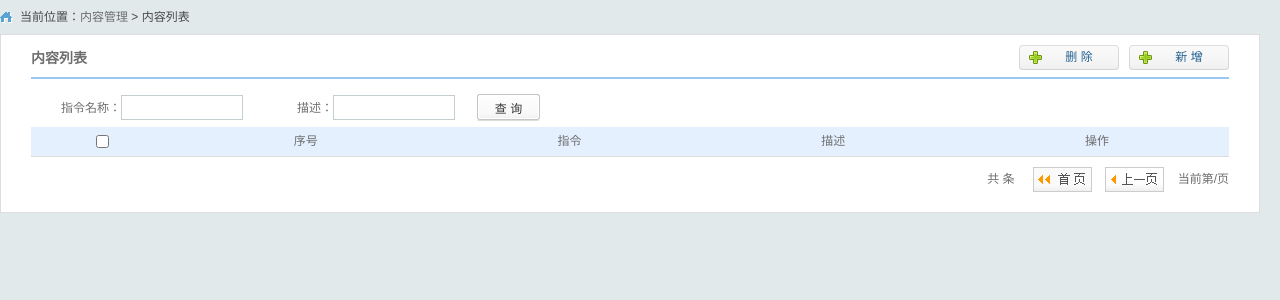
Repository: jionjion/JAVA_WorkSpace
Page: http://localhost/Mybatis/WEB-INF/jsp/back/list.jsp
An editor plug-in stored every save of this project. The page is shown before and after the next save, followed by the edit.
The browser window is 1280 px wide. The pictures show the whole page.
Some web libraries are served in a nearby version. The page is served by Tomcat 9. Nobody is signed in. Other server files are loaded and not shown. The template is opened directly, without the code that normally fills it, so the values that code supplies are empty.

Above is the page before, as saved 2017-07-23 09:53:52.

### Mybatis/WebContent/WEB-INF/jsp/back/list.jsp
<%@ page language="java" contentType="text/html; charset=UTF-8"
    pageEncoding="UTF-8"%>
<%@ taglib prefix="c"  uri="http://java.sun.com/jsp/jstl/core" %>
<%
	String path = request.getContextPath();
	String basePath = request.getScheme()+"://"+request.getServerName()+":"+request.getServerPort()+path+"/";
%>
<!DOCTYPE html PUBLIC "-//W3C//DTD XHTML 1.0 Transitional//EN" "http://www.w3.org/TR/xhtml1/DTD/xhtml1-transitional.dtd">
<html xmlns="http://www.w3.org/1999/xhtml">
	<head>
		<meta http-equiv="Content-Type" content="text/html; charset=UTF-8" />
		<meta http-equiv="X-UA-Compatible"content="IE=9; IE=8; IE=7; IE=EDGE" />
		<title>内容列表页面</title>
		<script src="http://libs.baidu.com/jquery/2.0.0/jquery.min.js"></script>
		<link href="<%= basePath %>/resources/css/all.css" rel="stylesheet" type="text/css" />
		<script src="<%= basePath %>/resources/js/back/list.js"></script>
	</head>
	<body style="background: #e1e9eb;">
		<form action="${basePath }listServlet" id="mainForm" method="post">
			<div class="right">
				<div class="current">当前位置：<a href="javascript:void(0)" style="color:#6E6E6E;">内容管理</a> &gt; 内容列表</div>
				<div class="rightCont">
					<p class="g_title fix">内容列表 <a class="btn03" href="#">新 增</a>&nbsp;&nbsp;&nbsp;&nbsp;<a class="btn03" href="javascript:deleteBatchMessage('<%=basePath %>')">删 除</a></p>
					<table class="tab1">
						<tbody>
							<tr>
								<td width="90" align="right">指令名称：</td>
								<td>
									<input type="text" class="allInput" name="command"/>
								</td>
								<td width="90" align="right">描述：</td>
								<td>
									<input type="text" class="allInput" name="description"/>
								</td>
	                            <td width="85" align="right"><input type="submit" class="tabSub" value="查 询" /></td>
	       					</tr>
						</tbody>
					</table>
					<div class="zixun fix">
						<table class="tab2" width="100%">
							<tbody>
								<tr>
								    <th><input type="checkbox" id="all"/></th>
								    <th>序号</th>
								    <th>指令</th>
								    <th>描述</th>
								    <th>操作</th>
								</tr>
								<c:forEach items="${messagesList }" var="message" varStatus="status">
									<tr <c:if test="${status.index %2 != 0}">style="background-color:#ECF6EE;"</c:if>>
									    <td><input type="checkbox" name="id" value="${message.id }" /></td>
									    <td>${status.index + 1}</td>
									    <td>${message.command }</td>
									    <td>${message.description }</td>
									    <td>
									    	<a href="">修改</a>&nbsp;&nbsp;&nbsp;
											<a href="${basePath}deleteOneMessageServlet?id=${message.id }">删除</a>
										</td>
									</tr>
								</c:forEach>
							</tbody>
						</table>
						<!-- 隐藏当前页 -->
						<input type="hidden" id="currentPage" name="currentPage" value="${currentPage}"/>
						<div class='page fix'>
							共 <b>${page.totalNumber}</b> 条
							<c:if test="${page.currentPage != 1}">	<!-- 不是第一页,则显示首页和上一页 -->
								<a href="Javascript:changeCurrentPage('1')" class='first'>首页</a>
								<a href="Javascript:changeCurrentPage(${page.currentPage-1})" class='pre'>上一页</a>
							</c:if>
								当前第<span>${page.currentPage}/${page.totalPage}</span>页
							<c:if test="${page.currentPage != page.totalPage}">
								<a href="Javascript:changeCurrentPage(${page.currentPage+1})" class='next'>下一页</a>
								<a href="Javascript:changeCurrentPage(${page.totalPage})" class='last'>末页</a>
								跳至&nbsp;<input id='currentPageText' type='text'  class='allInput w28' />&nbsp;页&nbsp;
								<a href="Javascript:changeCurrentPage($('#currentPageText').val())" class='go'>GO</a>
							</c:if>
						</div>
					</div>
				</div>
			</div>
	    </form>
	</body>
	<script>
		function deleteBatchMessage(basePath){
			$('#mainForm').attr('action',basePath+'deleteBatchMessageServlet')
			$('#mainForm').submit();
		}
	</script>
</html>

### Mybatis/WebContent/resources/js/back/list.js
/**
 * 调用后台批量删除方法
 */
function deleteBatch(basePath) {
	$("#mainForm").attr("action",basePath + "DeleteBatchServlet.action");
	$("#mainForm").submit();
}

/**
 * 修改当前页码，调用后台重新查询
 */
function changeCurrentPage(currentPage) {
	$("#currentPage").val(currentPage);
	$("#mainForm").submit();
}

Loaded but not shown: Mybatis/WebContent/resources/css/all.css (library)

After the next save:
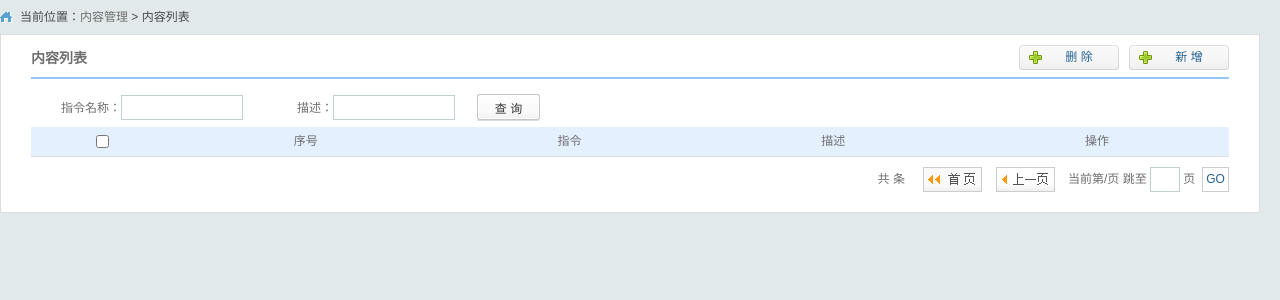
Saved 89 s later.
--- a/Mybatis/WebContent/WEB-INF/jsp/back/list.jsp
+++ b/Mybatis/WebContent/WEB-INF/jsp/back/list.jsp
@@ -72,9 +72,9 @@
 							<c:if test="${page.currentPage != page.totalPage}">
 								<a href="Javascript:changeCurrentPage(${page.currentPage+1})" class='next'>下一页</a>
 								<a href="Javascript:changeCurrentPage(${page.totalPage})" class='last'>末页</a>
-								跳至&nbsp;<input id='currentPageText' type='text'  class='allInput w28' />&nbsp;页&nbsp;
-								<a href="Javascript:changeCurrentPage($('#currentPageText').val())" class='go'>GO</a>
 							</c:if>
+							跳至&nbsp;<input id='currentPageText' type='text'  class='allInput w28' />&nbsp;页&nbsp;
+							<a href="Javascript:changeCurrentPage($('#currentPageText').val())" class='go'>GO</a>
 						</div>
 					</div>
 				</div>
